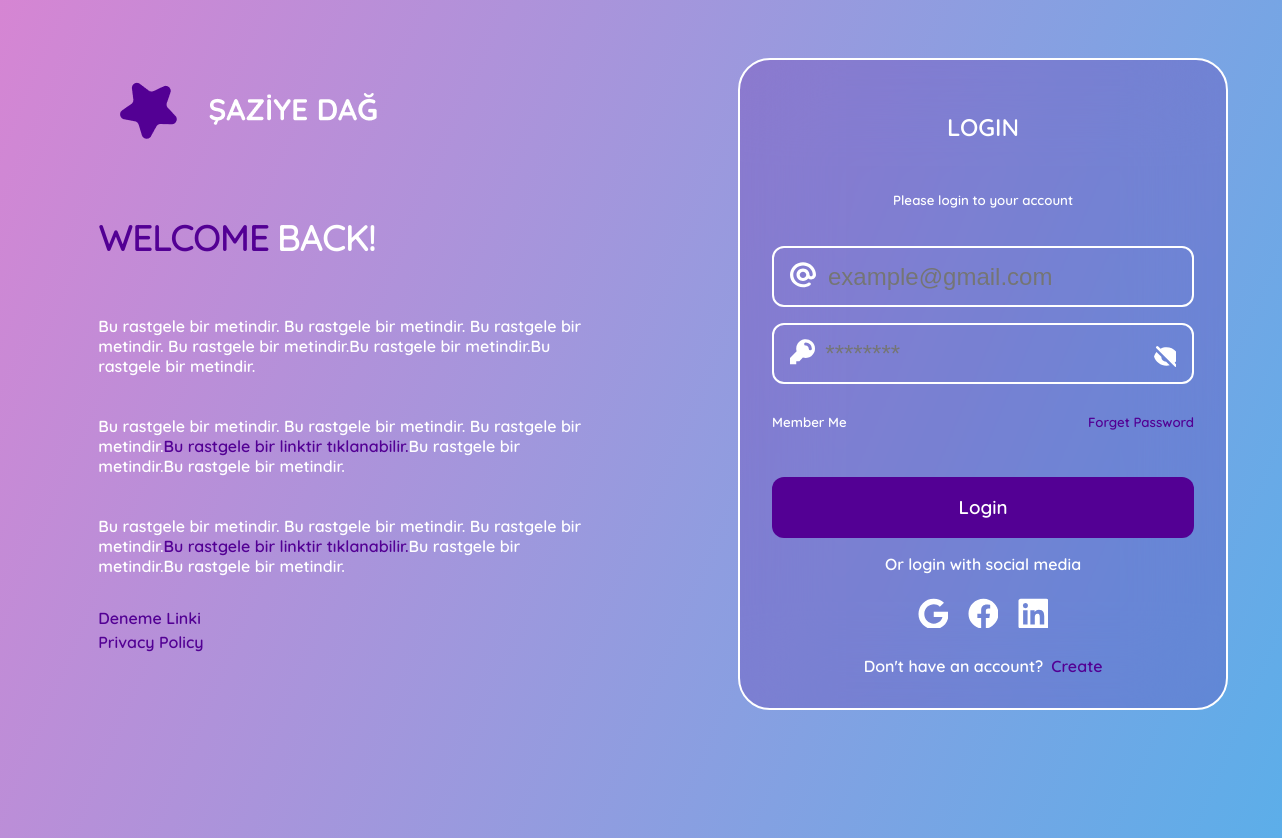
Repository: szydag/login
Page: /
An editor plug-in stored every save of this project. The page is shown before and after the next save, followed by the edit.
The browser window is 1280 px wide. The page is 1282 px wide, so the pictures cover 1282 px, including what lies to the right of the window. The pictures show the whole page.
The project was rebuilt for these pictures with package versions that can differ from the ones it lists, and the page was loaded fresh each time. Also part of the build but not shown: src/assets/svgr/unhiddenIcon/index.js.

Above is the page before, as saved 2023-11-02 14:31:36.

### src/index.js
import React from 'react';
import ReactDOM from 'react-dom/client';
import App from './app/index';
import {
    BrowserRouter
} from "react-router-dom";

const root = ReactDOM.createRoot(document.getElementById('root'));
root.render(
    <BrowserRouter>
        <App />
    </BrowserRouter>
);

### src/app/index.js
import LoginPage from "./pages/login";
import useStyles from "./style";

const App = () => {
    const classes = useStyles();
    return <div
        className={classes.main}
    >
        <LoginPage />
    </div>

};

export default App;

### src/app/pages/login/index.js
import React, { useEffect } from 'react'
import useStyles from './style';
import logo from './../../../assets/logo.png'
import MailIcon from './../../../assets/svgr/mailIcon/index.js'
import PasswordIcon from './../../../assets/svgr/passwordIcon/index.js'
import HiddenIcon from './../../../assets/svgr/hiddenIcon/index.js'
import UnhiddenIcon from './../../../assets/svgr/unhiddenIcon/index.js'
import GoogleIcon from './../../../assets/svgr/googleIcon/index.js'
import FacebookIcon from './../../../assets/svgr/facebookIcon/index.js'
import LinkedInIcon from './../../../assets/svgr/linkedInIcon/index.js'
const LoginPage = () => {

    const classes = useStyles();
    return <div
        className={classes.loginPage}
    >
        <div
            className={classes.promotionTextsContainer}
        >
            <div
                className={classes.promotionTexts}
            >
                <div
                    className={classes.logo}
                >
                    <img
                        src={logo}
                        alt=""
                    />
                </div>
                <div
                    className={classes.mainContent}
                >
                    <div
                        className={classes.title}
                    >
                        <h1
                            className={`${classes.titleText} ${classes.welcomeText}`}
                        >
                            WELCOME
                        </h1>
                        <h1
                            className={`${classes.titleText} ${classes.backText}`}
                        >
                            BACK!
                        </h1>
                    </div>
                    <div
                        className={classes.contentText}
                    >
                        <p>
                            Bu rastgele bir metindir. Bu rastgele bir metindir. Bu rastgele bir metindir. Bu rastgele bir metindir.Bu rastgele bir metindir.Bu rastgele bir metindir.
                        </p>
                        <p>
                            Bu rastgele bir metindir. Bu rastgele bir metindir. Bu rastgele bir metindir.
                            <a
                                className={classes.link}
                                href=""
                            >
                                Bu rastgele bir linktir tıklanabilir.
                            </a>
                            Bu rastgele bir metindir.Bu rastgele bir metindir.
                        </p>
                        <p>
                            Bu rastgele bir metindir. Bu rastgele bir metindir. Bu rastgele bir metindir.
                            <a
                                className={classes.link}
                                href=""
                            >
                                Bu rastgele bir linktir tıklanabilir.
                            </a>
                            Bu rastgele bir metindir.Bu rastgele bir metindir.
                        </p>
                    </div>
                    <div
                        className={classes.links}
                    >
                        <a
                            className={classes.link}
                            href=""
                        >
                            Deneme Linki
                        </a>
                        <a
                            className={classes.link}
                            href=""
                        >
                            Privacy Policy
                        </a>
                    </div>

                </div>
            </div>
        </div>
        <div
            className={classes.loginAreaContainer}
        >
            <div
                className={classes.loginArea}
            >
                <div
                    className={classes.header}
                >
                    <h2>LOGIN</h2>
                    <h5>Please login to your account</h5>
                </div>
                <div
                    className={classes.container}
                >
                    <div
                        className={classes.loginMainContent}
                    >
                        <div
                            className={classes.inputArea}
                        >
                            <div
                                className={classes.mailInput}
                            >

                                <div
                                    className={classes.content}
                                >
                                    <MailIcon
                                        color='#ffffff'
                                        size={30}
                                    />
                                    <input
                                        className={classes.input}
                                        type="text"
                                        placeholder='example@gmail.com'
                                    />
                                </div>
                            </div>
                            <div
                                className={classes.passwordInput}
                            >
                                <div
                                    className={classes.content}
                                >
                                    <PasswordIcon
                                        color='#ffffff'
                                        size={30}
                                    />
                                    <input
                                        className={classes.input}
                                        type="password"
                                        placeholder='********'
                                    />
                                    <HiddenIcon
                                        color='#ffffff'
                                        size={30}
                                    />
                                </div>
                            </div>
                        </div>
                        <div
                            className={classes.passwordSettingsArea}
                        >
                            <div
                                className={classes.memberMeArea}
                            >
                                <h5>Member Me</h5>
                            </div>
                            <h5>
                                <a
                                    className={classes.link}
                                    href="">
                                    Forget Password
                                </a>
                            </h5>
                        </div>
                    </div>
                    <div
                        className={classes.loginButton}
                    >
                        <h3>Login</h3>
                    </div>
                </div>
                <div
                    className={classes.accountSettings}
                >
                    <div
                        className={classes.accountSettingsTitle}
                    >
                        Or login with social media
                    </div>
                    <div
                        className={classes.socialMediaIcons}
                    >
                        <div
                            className={classes.icon}
                        >
                            <GoogleIcon
                                color='#ffffff'
                                size={30}
                            />
                        </div>
                        <div
                            className={classes.icon}
                        >
                            <FacebookIcon
                                color='#ffffff'
                                size={30}
                            />
                        </div>
                        <div
                            className={classes.icon}
                        >
                            <LinkedInIcon
                                color='#ffffff'
                                size={30}
                            />
                        </div>
                    </div>
                    <div
                        className={classes.newAccountArea}
                    >
                        <span>
                            Don't have an account?
                        </span>
                        <a
                            className={classes.link}
                            href="">
                            Create
                        </a>
                    </div>
                </div>
            </div>
        </div>
    </div>
}

export default LoginPage;

### src/app/style.js
import { createUseStyles } from "react-jss";

const useStyles = createUseStyles({
    "@font-face": [
        {
            fontFamily: "Quicksand-Bold",
            src: 'url("/public/assets/fonts/Quicksand-Bold.ttf")',
            fontStyle: "normal"
        },
        {
            fontFamily: "Quicksand-Light",
            src: 'url("/public/assets/fonts/Quicksand-Light.ttf")',
            fontStyle: "normal"
        },
        {
            fontFamily: "Quicksand-Medium",
            src: 'url("/public/assets/fonts/Quicksand-Medium.ttf")',
            fontStyle: "normal"
        },
        {
            fontFamily: "Quicksand-Regular",
            src: 'url("/public/assets/fonts/Quicksand-Regular.ttf")',
            fontStyle: "normal"
        },
        {
            fontFamily: "Quicksand-SemiBold",
            src: 'url("/public/assets/fonts/Quicksand-SemiBold.ttf")',
            fontStyle: "normal"
        }
    ],
    main: {
        fontFamily: "Quicksand-SemiBold",
        width: '100%',
        height: '100%',
    },
})
export default useStyles;

### src/app/pages/login/style.js

import { createUseStyles } from "react-jss";

const useStyles = createUseStyles({
    "@font-face": [
        {
            fontFamily: "Quicksand-Bold",
            src: 'url("/public/assets/fonts/Quicksand-Bold.ttf")',
            fontStyle: "normal"
        },
        {
            fontFamily: "Quicksand-Light",
            src: 'url("/public/assets/fonts/Quicksand-Light.ttf")',
            fontStyle: "normal"
        },
        {
            fontFamily: "Quicksand-Medium",
            src: 'url("/public/assets/fonts/Quicksand-Medium.ttf")',
            fontStyle: "normal"
        },
        {
            fontFamily: "Quicksand-Regular",
            src: 'url("/public/assets/fonts/Quicksand-Regular.ttf")',
            fontStyle: "normal"
        },
        {
            fontFamily: "Quicksand-SemiBold",
            src: 'url("/public/assets/fonts/Quicksand-SemiBold.ttf")',
            fontStyle: "normal"
        }
    ],
    loginPage: {
        color: '#ffffff',
        margin: "-10px",
        padding: '60px 40px',
        height: '100vh',
        display: 'flex',
        alignItems: 'flex-start',
        gap: '64px',
        background: 'linear-gradient(113deg, #B9A675 0%, #D685D3 0%, #5CAEE9 100%)',
    },
    promotionTextsContainer: {
        width: '50%',
        display: 'flex',
        flexDirection: 'column',
        justifyContent: 'center',
        alignItems: 'center',
        padding: '0 5%',
    },
    promotionTexts: {
        display: 'flex',
        flexDirection: 'column',
        alignItems: 'flex-start',
        gap: '32px',
    },
    logo: {
        display: 'flex',
        alignItems: 'center',
        gap: '8px',
    },
    mainContent: {
        display: 'flex',
        flexDirection: 'column',
        justifyContent: ' center',
        alignItems: 'flex-start',
        gap: '16px',
    },
    title: {
        display: 'flex',
        alignItems: 'flex-start',
        gap: '8px',
    },
    titleText: {
        fontFamily: 'Quicksand-Regular',
        fontSize: '35px',
        fontStyle: 'normal',
        fontWeight: '700',
        lineHeight: 'normal',
    },
    welcomeText: {
        color: '#530094',
    },
    contentText: {
        display: 'flex',
        flexDirection: 'column',
        alignItems: 'flex - start',
        gap: '8px',
    },
    links: {
        display: 'flex',
        flexDirection: 'column',
        alignItems: 'flex-start',
        gap: '4px',
    },
    link: {
        textDecoration: 'none',
        color: '#530094',
    },
    loginAreaContainer: {
        width: '50%',
        display: 'flex',
        flexDirection: 'column',
        justifyContent: 'center',
        alignItems: 'center',
        padding: '0 8px',
    },
    loginArea: {
        display: 'flex',
        padding: '32px',
        flexDirection: 'column',
        justifyContent: 'center',
        alignItems: 'center',
        borderRadius: '32px',
        border: '2px solid #FFF',
        background: 'rgba(83, 0, 148, 0.20)',
        backdropFilter: 'blur(45px)',
        gap: '16px',
    },
    header: {
        display: 'flex',
        flexDirection: 'column',
        alignItems: 'center',
        gap: '8px',
    },
    container: {
        display: 'flex',
        flexDirection: 'column',
        alignItems: 'flex-start',
        gap: '24px',
        alignSelf: 'stretch',
    },
    loginMainContent: {
        display: 'flex',
        flexDirection: 'column',
        justifyContent: 'center',
        alignItems: 'center',
        gap: '8px',
        alignSelf: 'stretch',
    },
    inputArea: {
        display: 'flex',
        flexDirection: 'column',
        alignItems: 'flex-start',
        gap: '16px',
        alignSelf: 'stretch',
    },
    mailInput: {
        display: 'flex',
        height: '25px',
        padding: '16px',
        flexDirection: 'column',
        justifyContent: 'center',
        alignItems: 'flex-start',
        borderRadius: '12px',
        border: '2px solid #FFF',
        alignSelf: 'stretch',
    },
    content: {
        width: '100%',
        height: '100%',
        display: 'flex',
        justifyContent: 'center',
        alignItems: 'center',
        gap: '6px',
    },
    input: {
        width: '90%',
        height: '100%',
        border: 'none',
        background: 'rgba(255, 255, 255, 0.00)',
        color: '#530094',
        fontSize: '24px'
    },
    passwordInput: {
        display: 'flex',
        height: '25px',
        padding: '16px',
        justifyContent: 'space-between',
        alignItems: 'center',
        alignSelf: 'stretch',
        borderRadius: '12px',
        border: '2px solid #FFF',
    },
    passwordSettingsArea: {
        display: 'flex',
        justifyContent: 'space-between',
        alignItems: 'flex-start',
        alignSelf: 'stretch',
    },
    memberMeArea: {
        display: 'flex',
        alignItems: 'center',
        gap: '8px',
    },
    loginButton: {
        width: "100%",
        display: 'flex',
        justifyContent: 'center',
        alignItems: 'center',
        alignSelf: 'stretch',
        borderRadius: '12px',
        background: '#530094',
    },
    accountSettings: {
        display: 'flex',
        flexDirection: 'column',
        alignItems: 'center',
        gap: '24px',
    },
    accountSettingsTitle: {
        display: 'flex',
        justifyContent: 'center',
        alignItems: 'center',
        gap: '8px',
    },
    socialMediaIcons: {
        display: 'flex',
        flexDirection: 'row',
        gap: '20px'
    },
    newAccountArea: {
        display: 'flex',
        justifyContent: 'center',
        alignItems: 'flex-start',
        gap: '8px',
    },
})
export default useStyles;

### src/assets/svgr/mailIcon/index.js
import * as React from "react"
const MailIcon = ({
    color = "#ffffff",
    size = 30,
    ...props
}) => {
    const pathScale = 30 / size;
    return <svg
        xmlns="http://www.w3.org/2000/svg"
        width={size}
        height={size}
        fill="none"
        {...props}
    >
        <path
            fill={color}
            transform={`scale(${1 / 1})`}
            d="M19.894 6.125c-3.807-3.661-9.98-3.661-13.788 0s-3.808 9.597 0 13.258c3.31 3.183 8.41 3.6 12.187 1.248.753-.47 1.759-.263 2.247.461.488.725.273 1.692-.48 2.161-5.038 3.138-11.837 2.586-16.252-1.66-5.077-4.881-5.077-12.796 0-17.678 5.076-4.881 13.308-4.881 18.384 0C24.73 6.355 26 9.558 26 12.755c0 2.588-2.183 4.687-4.875 4.687a4.982 4.982 0 0 1-2.925-.937c-1.186 1.517-3.074 2.5-5.2 2.5-3.59 0-6.5-2.799-6.5-6.25 0-3.453 2.91-6.25 6.5-6.25s6.5 2.797 6.5 6.25c0 .862.727 1.562 1.625 1.562s1.625-.7 1.625-1.563c0-2.402-.952-4.798-2.856-6.629Zm-3.644 6.63c0-1.727-1.455-3.126-3.25-3.126s-3.25 1.4-3.25 3.125c0 1.726 1.455 3.125 3.25 3.125s3.25-1.399 3.25-3.125Z"
        />
    </svg>
}
export default MailIcon

### src/assets/svgr/passwordIcon/index.js
import * as React from "react"
const PasswordIcon = ({
    color = "#ffffff",
    size = 30,
    ...props
}) => {
    const pathScale = 30 / size;
    return <svg
        xmlns="http://www.w3.org/2000/svg"
        width={size}
        height={size}
        fill="none"
        {...props}
    >
        <path
            fill={color}
            transform={`scale(${1 / 1})`}
            d="M25 9.63a9.375 9.375 0 0 1-12.098 8.972L9.375 22.13H6.25v3.125H0v-6.25l6.652-6.652A9.375 9.375 0 1 1 25 9.63Zm-9.375-6.25a1.563 1.563 0 0 0 0 3.124c1.726 0 3.125 1.4 3.125 3.125a1.563 1.563 0 0 0 3.125 0 6.25 6.25 0 0 0-6.25-6.25Z"
        />
    </svg>
}
export default PasswordIcon

### src/assets/svgr/hiddenIcon/index.js
import * as React from "react"
const HiddenIcon = ({
    color = "#ffffff",
    size = 30,
    ...props
}) => {
    const pathScale = 30 / size;
    return <svg
        xmlns="http://www.w3.org/2000/svg"
        width={size}
        height={size}
        fill="none"
        {...props}
    >
        <path
            fill={color}
            transform={`scale(${1 / 1})`}
            d="M9.256 7.404a1.31 1.31 0 1 0-1.852 1.853l18.34 18.34a1.31 1.31 0 1 0 1.852-1.854l-1.93-1.93A13.119 13.119 0 0 0 30 17.5c-1.67-5.315-6.634-9.17-12.5-9.17-2.127 0-4.135.507-5.911 1.407L9.256 7.404Zm5.582 5.582 1.983 1.983a2.62 2.62 0 0 1 3.21 3.21l1.983 1.983a5.24 5.24 0 0 0-7.176-7.176Z"
        />
        <path
            fill="#fff"
            d="m20.715 26.273-3.543-3.543a5.24 5.24 0 0 1-4.902-4.902L7.46 13.017A13.074 13.074 0 0 0 5 17.5c1.67 5.315 6.634 9.17 12.5 9.17 1.11 0 2.186-.138 3.215-.398Z"
        />
    </svg>
}
export default HiddenIcon

### src/assets/svgr/googleIcon/index.js
import * as React from "react"
const GoogleIcon = ({
    color = "#ffffff",
    size = 30,
    ...props
}) => {
    const pathScale = 30 / size;
    return <svg
        xmlns="http://www.w3.org/2000/svg"
        width={size}
        height={size}
        fill="none"
        {...props}
    >
        <path
            fill={color}
            transform={`scale(${1 / 1})`}
            d="M30.5 16.357c0 8.698-5.957 14.889-14.754 14.889A15.228 15.228 0 0 1 .5 16 15.228 15.228 0 0 1 15.746.754c4.106 0 7.561 1.506 10.223 3.99l-4.15 3.99C16.392 3.496 6.298 7.43 6.298 16c0 5.318 4.248 9.627 9.449 9.627 6.037 0 8.3-4.328 8.656-6.572h-8.656v-5.243H30.26c.142.78.24 1.53.24 2.545Z"
        />
    </svg>
}
export default GoogleIcon

### src/assets/svgr/facebookIcon/index.js
import * as React from "react"
const FacebookIcon = ({
    color = "#ffffff",
    size = 30,
    ...props
}) => {
    const pathScale = 30 / size;
    return <svg
        xmlns="http://www.w3.org/2000/svg"
        width={size}
        height={size}
        fill="none"
        {...props}
    >
        <path
            fill={color}
            transform={`scale(${1 / 1})`}
            d="M30.5 15.754c0-8.286-6.714-15-15-15s-15 6.714-15 15c0 7.487 5.485 13.692 12.656 14.819V20.09h-3.81v-4.336h3.81V12.45c0-3.759 2.238-5.835 5.666-5.835 1.641 0 3.358.293 3.358.293v3.689h-1.892c-1.863 0-2.444 1.156-2.444 2.343v2.815h4.16l-.666 4.336h-3.494v10.483C25.014 29.446 30.5 23.24 30.5 15.754Z"
        />
    </svg>
}
export default FacebookIcon

### src/assets/svgr/linkedInIcon/index.js
import * as React from "react"
const LinkedInIcon = ({
    color = "#ffffff",
    size = 30,
    ...props
}) => {
    const pathScale = 30 / size;
    return <svg
        xmlns="http://www.w3.org/2000/svg"
        width={size}
        height={size}
        fill="none"
        {...props}
    >
        <path
            fill={color}
            transform={`scale(${1 / 1})`}
            d="M28.357.754H2.637C1.456.754.5 1.725.5 2.917v25.674c0 1.192.958 2.163 2.136 2.163h25.721c1.179 0 2.143-.97 2.143-2.163V2.917c0-1.192-.964-2.163-2.143-2.163ZM9.567 26.468H5.121V12.151h4.453v14.317h-.007ZM7.344 10.196a2.58 2.58 0 0 1 0-5.156 2.584 2.584 0 0 1 2.578 2.578 2.575 2.575 0 0 1-2.578 2.578Zm18.89 16.272h-4.446v-6.964c0-1.66-.034-3.797-2.31-3.797-2.317 0-2.672 1.808-2.672 3.677v7.084h-4.447V12.151h4.266v1.956h.06c.596-1.125 2.05-2.31 4.212-2.31 4.5 0 5.337 2.966 5.337 6.823v7.848Z"
        />
    </svg>
}
export default LinkedInIcon

Loaded but not shown: public/index.html (common file)

After the next save:
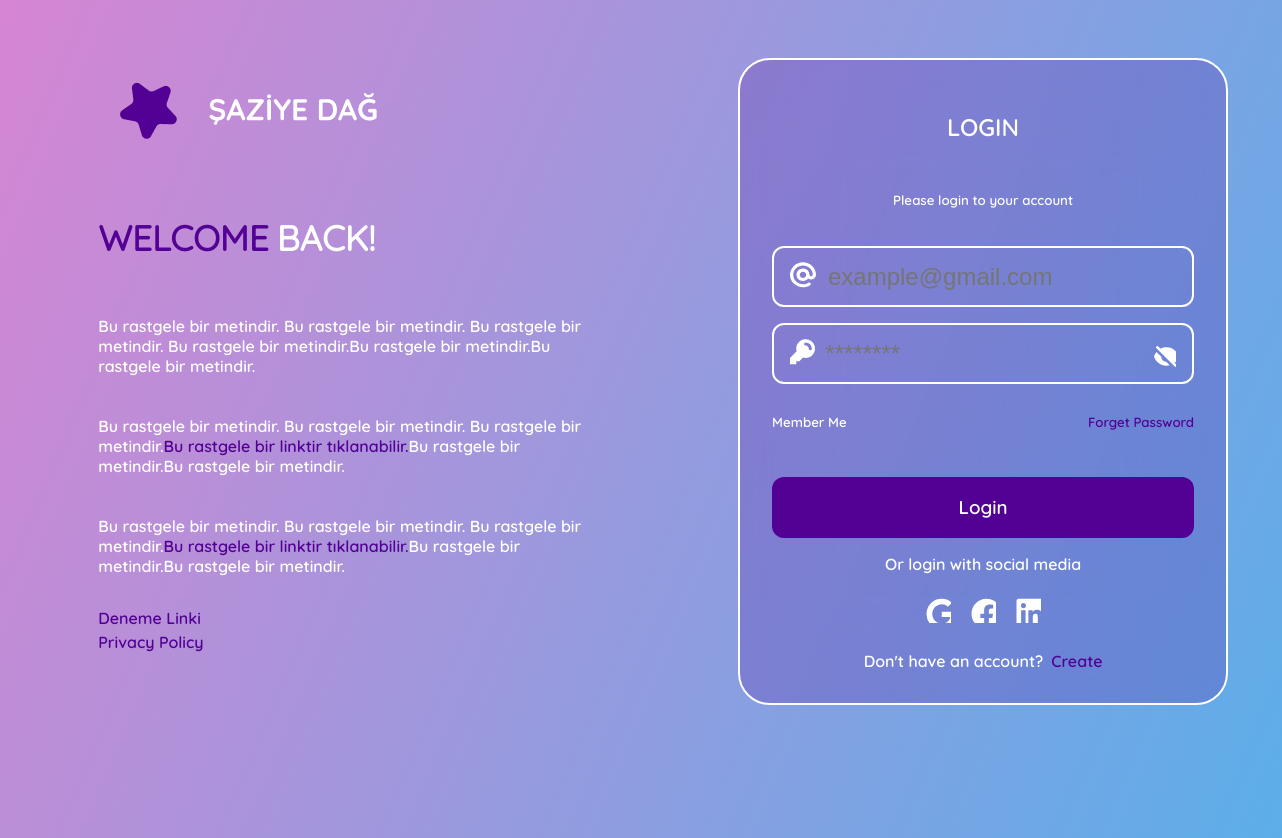
Saved 17 s later.
--- a/src/app/pages/login/index.js
+++ b/src/app/pages/login/index.js
@@ -192,7 +192,7 @@ const LoginPage = () => {
                         >
                             <GoogleIcon
                                 color='#ffffff'
-                                size={30}
+                                size={25}
                             />
                         </div>
                         <div
@@ -200,7 +200,7 @@ const LoginPage = () => {
                         >
                             <FacebookIcon
                                 color='#ffffff'
-                                size={30}
+                                size={25}
                             />
                         </div>
                         <div
@@ -208,7 +208,7 @@ const LoginPage = () => {
                         >
                             <LinkedInIcon
                                 color='#ffffff'
-                                size={30}
+                                size={25}
                             />
                         </div>
                     </div>
